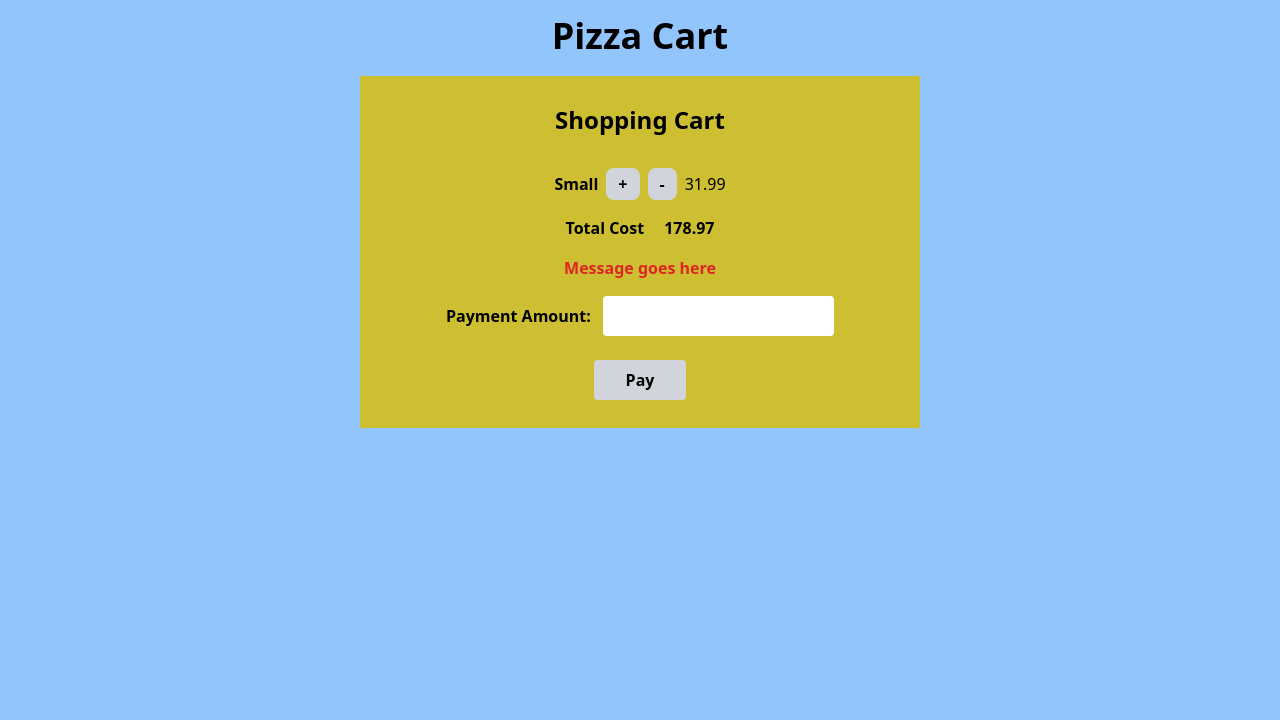
Repository: lasity34/pizza_cart
Page: index.html
An editor plug-in stored every save of this project. The page is shown before and after the next save, followed by the edit.
The browser window is 1280 px wide. The pictures show the whole page.
Some web libraries are served in a nearby version.

Above is the page before, as saved 2023-07-11 09:00:12.

### index.html
<!DOCTYPE html>
<html lang="en">
  <head>
    <meta charset="UTF-8" />
    <meta name="viewport" content="width=device-width, initial-scale=1.0" />
    <title>Pizza Cart</title>
    <script src="//unpkg.com/alpinejs" defer></script>
    <link
      href="https://cdn.jsdelivr.net/npm/tailwindcss@2.1.2/dist/tailwind.min.css"
      rel="stylesheet"
    />
    <link href="./style.css" rel="stylesheet" />
  </head>
  <body class="bg-blue-300 ">
    <section class="flex justify-center items-center">
      <h1 class="text-4xl pt-4 font-bold">Pizza Cart</h1>
    </section>
    <section
      class="shop-container m-5 p-7 flex justify-center items-center flex-col"
    >
      <h2 class="text-2xl mb-2 font-bold">Shopping Cart</h2>
      <div class="mt-6 flex flex-col items-center">
        <div class="flex items-center">
          <p class="font-bold mr-2">Small</p>
          <button
            class="bg-gray-300 hover:bg-gray-400 rounded-lg px-3 py-1 mr-2 font-bold"
          >
            +
          </button>
          <button class="bg-gray-300 hover:bg-gray-400 rounded-lg px-3 py-1 font-bold">
            -
          </button>
          <p class=" ml-2">31.99</p>
        </div>
        <div class="flex mt-4">
          <p class="font-bold">Total Cost</p>
          <p class="ml-5 font-bold">178.97</p>
        </div>
        <div class="mt-4">
          <p class="text-red-600 font-bold">Message goes here</p>
        </div>
        <div class="mt-4">
            <label class="font-bold">Payment Amount:</label>
            <input type="text" class="rounded ml-2 py-2" />
        </div>
        <div class="mt-6">
            <button class="bg-gray-300 hover:bg-gray-400 py-2 px-8 rounded font-bold">Pay</button>
        </div>
      </div>
    </section>
  </body>
</html>

### style.css

body {
    max-width: 600px;
    margin: 0 auto;
}

.shop-container {
    background-color: rgb(205, 190, 50);
}

After the next save:
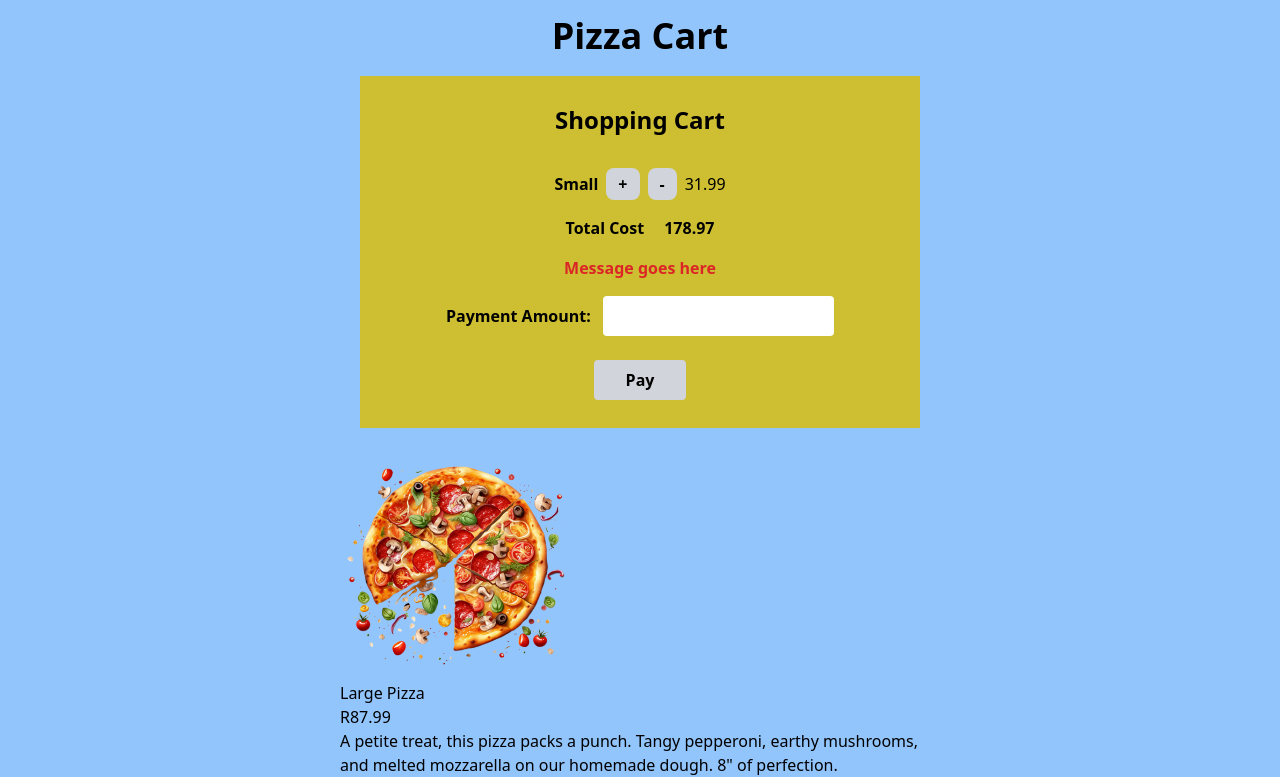
Saved 24 min 0 s later.
--- a/index.html
+++ b/index.html
@@ -11,7 +11,7 @@
     />
     <link href="./style.css" rel="stylesheet" />
   </head>
-  <body class="bg-blue-300 ">
+  <body class="bg-blue-300">
     <section class="flex justify-center items-center">
       <h1 class="text-4xl pt-4 font-bold">Pizza Cart</h1>
     </section>
@@ -27,10 +27,12 @@
           >
             +
           </button>
-          <button class="bg-gray-300 hover:bg-gray-400 rounded-lg px-3 py-1 font-bold">
+          <button
+            class="bg-gray-300 hover:bg-gray-400 rounded-lg px-3 py-1 font-bold"
+          >
             -
           </button>
-          <p class=" ml-2">31.99</p>
+          <p class="ml-2">31.99</p>
         </div>
         <div class="flex mt-4">
           <p class="font-bold">Total Cost</p>
@@ -40,12 +42,28 @@
           <p class="text-red-600 font-bold">Message goes here</p>
         </div>
         <div class="mt-4">
-            <label class="font-bold">Payment Amount:</label>
-            <input type="text" class="rounded ml-2 py-2" />
+          <label class="font-bold">Payment Amount:</label>
+          <input type="text" class="rounded ml-2 py-2" />
         </div>
         <div class="mt-6">
-            <button class="bg-gray-300 hover:bg-gray-400 py-2 px-8 rounded font-bold">Pay</button>
+          <button
+            class="bg-gray-300 hover:bg-gray-400 py-2 px-8 rounded font-bold"
+          >
+            Pay
+          </button>
         </div>
+      </div>
+    </section>
+    <section>
+      <div class="pizza_lg">
+        <img src="./pizza.png" />
+        <h3>Large Pizza</h3>
+        <h3>R87.99</h3>
+        <p>
+          A petite treat, this pizza packs a punch. Tangy pepperoni, earthy
+          mushrooms, and melted mozzarella on our homemade dough. 8" of
+          perfection.
+        </p>
       </div>
     </section>
   </body>
